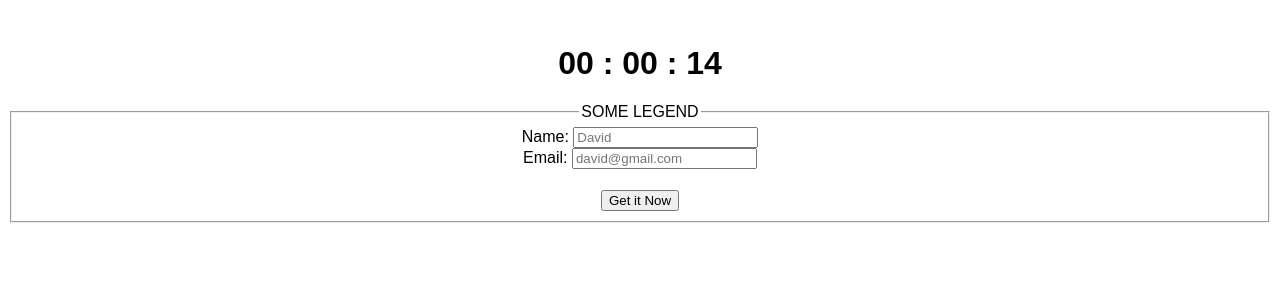
Repository: 43320888/upwork
Page: popup/index.html
An editor plug-in stored every save of this project. The page is shown before and after the next save, followed by the edit.
The browser window is 1280 px wide. The pictures show the whole page.

Above is the page before, as saved 2019-01-24 15:17:31.

After the next save:
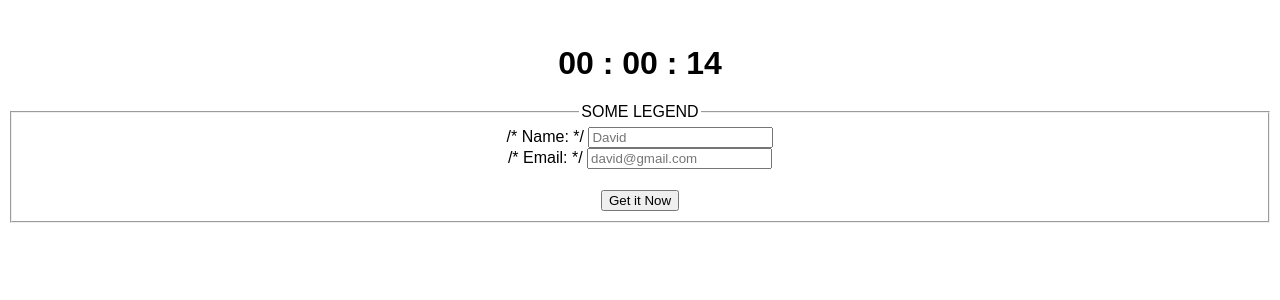
Saved 52 s later.
--- a/popup/index.html
+++ b/popup/index.html
@@ -12,11 +12,11 @@
 		<fieldset>
 			<legend>SOME LEGEND</legend>
 			<div class="tableRow">
-				<label for="name">Name:</label>
+				/* <label for="name">Name:</label> */
 				<input type="text" id="name" name="name" value="" placeholder="David" required>
 			</div>
 			<div class="tableRow">
-				<label for="email">Email:</label>
+				/* <label for="email">Email:</label> */
 				<input type="text" id="address" name="email" value="" placeholder="david@gmail.com" required>
 			</div>
 			<div class="tableRow" style="visibility:hidden">
